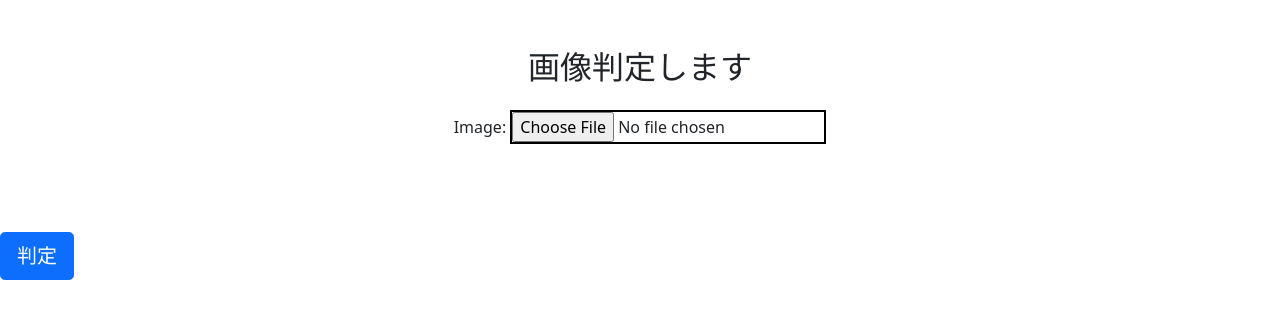
Repository: ruka-sumichi/deeplearning-advanced-kadai
Page: http://localhost/
These files come from the project's save history. The page is drawn as it stood at one moment and after the next save; the edit follows.
The browser window is 1280 px wide. The pictures show the whole page.
The page is served by the project's application, run on Django 5.2 (photoidentify/manage.py).

Above is the page before, as saved 2024-09-01 19:12:03.

After the next save:
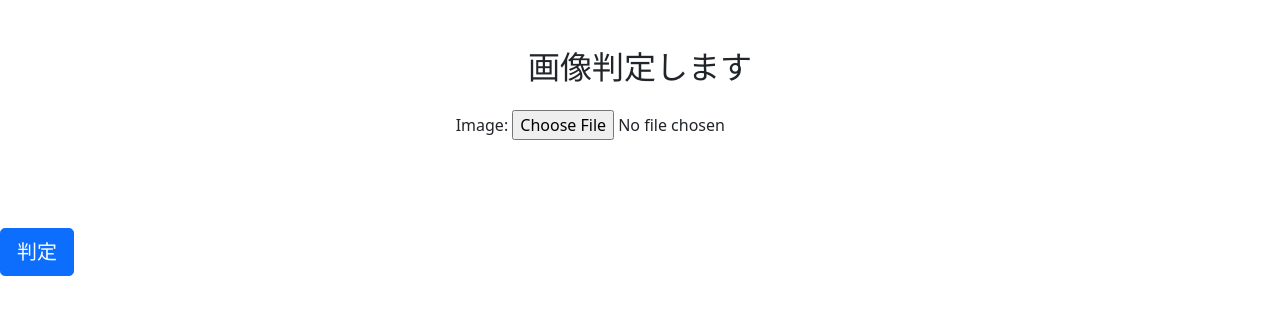
Saved 61 s later.
--- a/photoidentify/prediction/templates/home.html
+++ b/photoidentify/prediction/templates/home.html
@@ -6,17 +6,7 @@
   <link href="https://cdn.jsdelivr.net/npm/bootstrap@5.0.2/dist/css/bootstrap.min.css" rel="stylesheet" integrity="sha384-EVSTQN3/azprG1Anm3QDgpJLIm9Nao0Yz1ztcQTwFspd3yD65VohhpuuCOmLASjC" crossorigin="anonymous">
   <title>画像判定アプリ</title>
 
-  <style>
-    thead {
-     border-bottom: 2px solid black;
-    }
 
-    input[type="file"] {
-      border: 2px solid black;
-    }
-
-
- </style>
 
 </head>
 <body>
